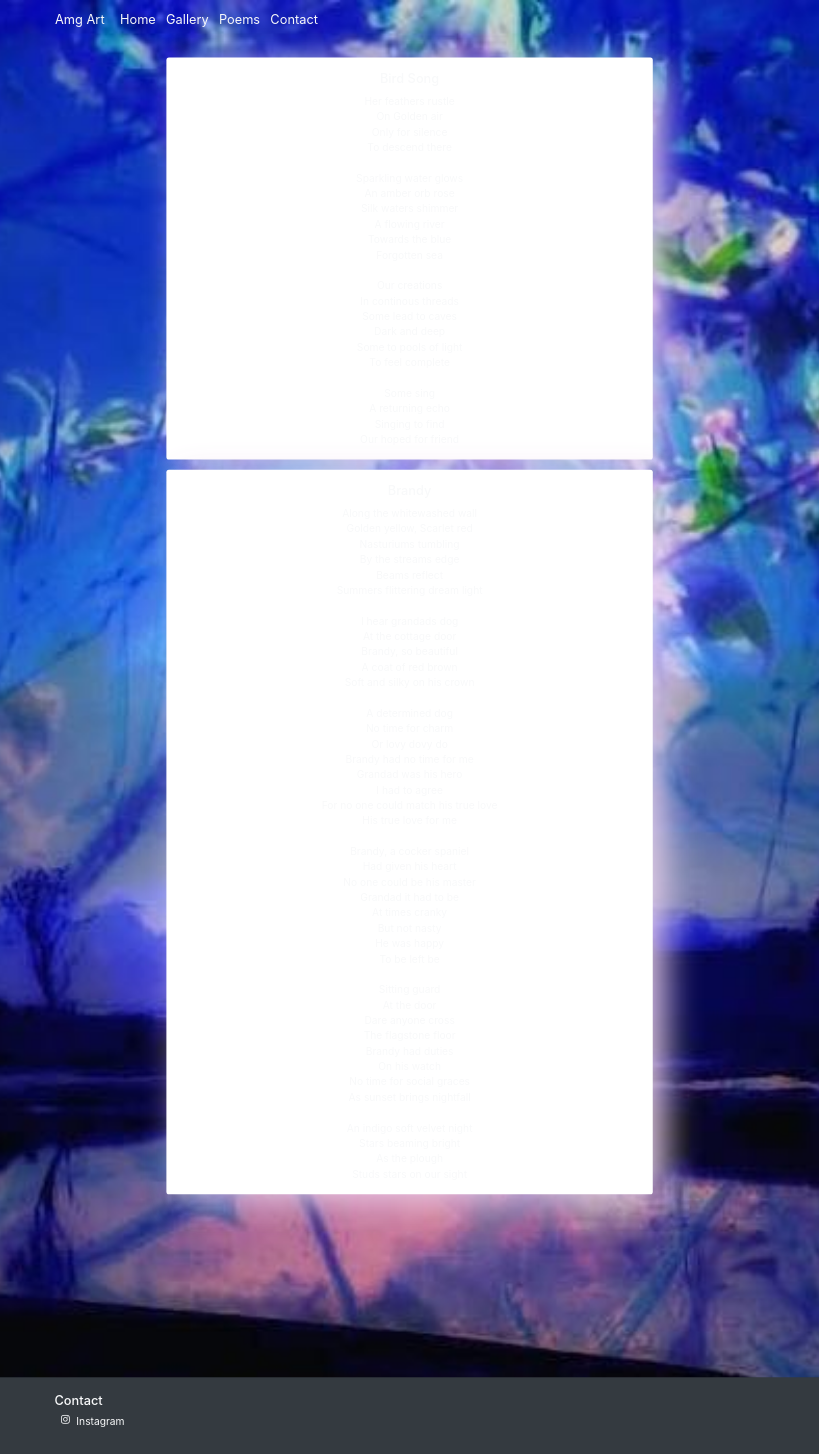
Repository: AllenGleeson/AmgArtGallery
Page: poems.html
The author's editor kept a record of every edit. The page is drawn from the files as they stood at one moment, then again after the next edit.
The browser window is 1280 px wide. The pictures show the whole page, at 64% of full size.

Above is the page before.

After the next edit:
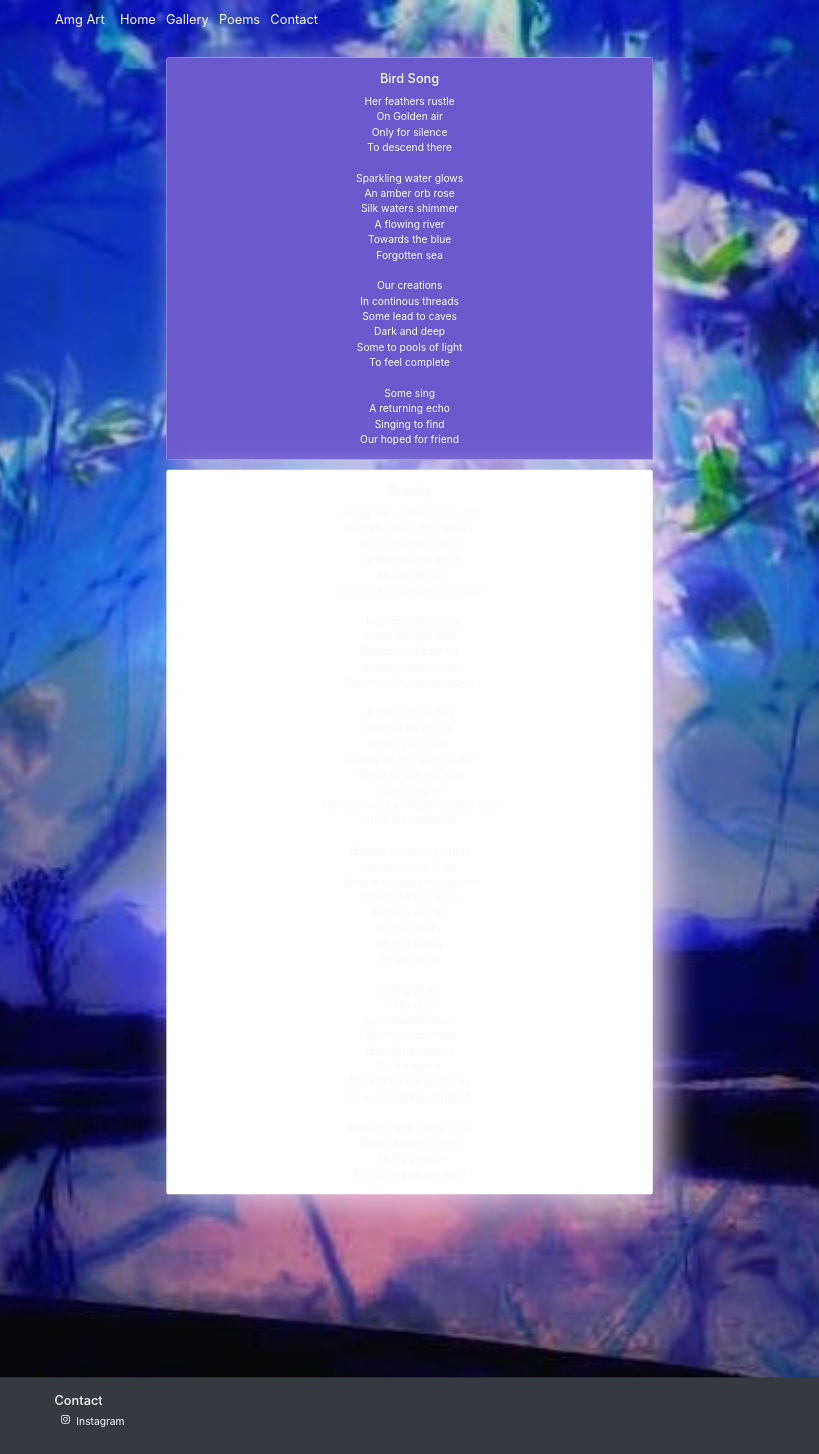
The edit:
--- a/poems.html
+++ b/poems.html
@@ -33,7 +33,7 @@
         <!-- Poems Section -->
         <div class="row">
             <div class="card col-8 offset-2 mb-3 poems" style="width: 18rem;">
-                <div class="card-body text-center  poemColor text-light poemcontainer">
+                <div class="card-body text-center  contentColor text-light poemcontainer">
                     <h5 class="card-title">Bird Song</h5>
                     <p class="card-text">
                         Her feathers rustle<br>
